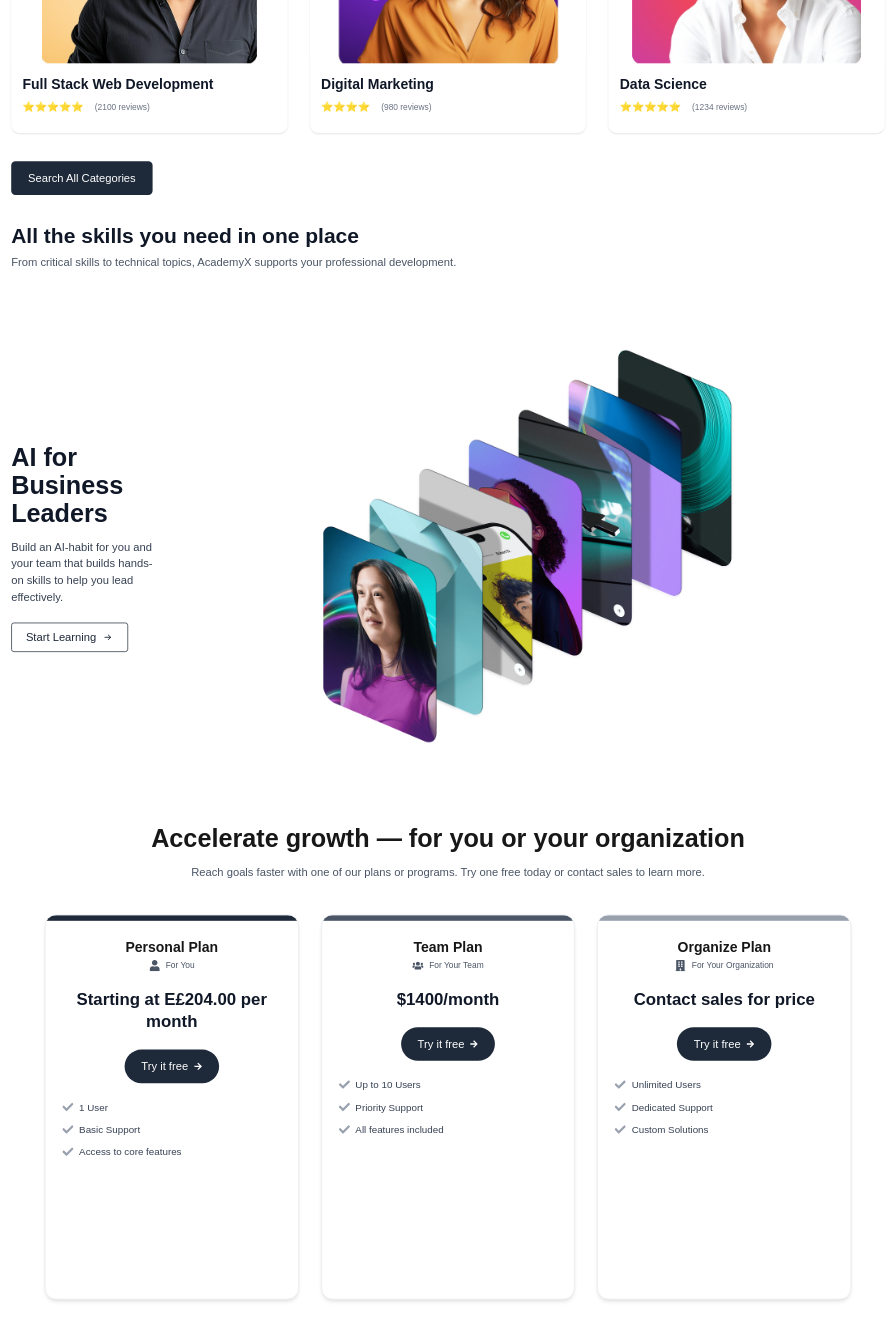
Repository: MohamedSalah54/full-stack-e-learning
Page: / (app in frontend/)
These files come from the project's save history. The page is drawn as it stood at one moment and after a run of saves; the edit follows.
The browser window is 1280 px wide. The pictures show the part of the page from y = 979 to 2899 px (the page is 2899 px tall), at 70% of full size.
The project was rebuilt for these pictures with package versions that can differ from the ones it lists, and the page was loaded fresh each time. The framework's server and built-in components were replaced by stand-ins that run in the browser. Also part of the build but not shown: frontend/next.config.ts.

Above is the page before, as saved 2025-06-16 14:11:39.

### frontend/src/app/layout.tsx
import type { Metadata } from "next";
import { Geist, Geist_Mono } from "next/font/google";
import "./globals.css";
import { Providers } from "@/app/providers";
import Navbar from "@/components/Navbar";

const geistSans = Geist({
  variable: "--font-geist-sans",
  subsets: ["latin"],
});

const geistMono = Geist_Mono({
  variable: "--font-geist-mono",
  subsets: ["latin"],
});

export const metadata: Metadata = {
  title: "Create Next App",
  description: "Generated by create next app",
};

export default function RootLayout({
  children,
}: Readonly<{
  children: React.ReactNode;
}>) {
  return (
    <html lang="en">
      <body
        className={`${geistSans.variable} ${geistMono.variable} antialiased`}
      >
        <Navbar/>
        <Providers>{children}</Providers>

      </body>
    </html>
  );
}

### frontend/src/app/page.tsx
import HeroBannerFixed from "@/components/home/HeroBannerFixed"
import HeroBannerSlider from "@/components/home/HeroBannerSlider"
import HeroCategories from "@/components/home/HeroCategories"
import HeroPlans from "@/components/home/HeroPlans"

const Home = () => {
  return (
    <main className="flex flex-col items-center justify-center">
        <HeroBannerSlider/>
        <HeroCategories/>
        <HeroBannerFixed/>
        <HeroPlans/>
    </main>
  )
}

export default Home

### frontend/src/app/providers.jsx
'use client';

import { Provider } from 'react-redux';
import { store } from '@/redux/store/store';
export function Providers({ children }) {
  return <Provider store={store}>{children}</Provider>;
}

### frontend/src/components/Navbar.tsx
'use client';

import { useState } from 'react';
import { FaShoppingCart, FaBars, FaTimes, FaSearch } from 'react-icons/fa';
import { IoMdGlobe } from 'react-icons/io';
import { useRouter } from 'next/navigation';

export default function Navbar() {
  const [isSidebarOpen, setIsSidebarOpen] = useState(false);
  const router = useRouter();
  const [isSearchOpen, setIsSearchOpen] = useState(false);


  return (
    <>
      {/* Navbar */}
      <nav className="bg-white shadow-sm border-b border-gray-200 py-3 px-4 sm:px-6">
        <div className="max-w-7xl mx-auto flex items-center justify-between">
          {/* Left - Hamburger + Logo */}
          <div className="flex items-center space-x-2">
            {/* Hamburger Icon - Visible on mobile only */}
            <button
              className="block md:hidden text-xl text-gray-800"
              onClick={() => setIsSidebarOpen(true)}
            >
              <FaBars />
            </button>

            {/* Logo */}
            <div
              className="flex items-center cursor-pointer"
              onClick={() => router.push('/')}
            >
              <div className="relative h-10 w-10">
                <img
                  src="/logo.png"
                  alt="Logo"
                  className="h-full w-full object-contain block"
                />
              </div>
              <span className="text-2xl font-bold text-gray-800 leading-none ml-1">
                cademyX
              </span>
            </div>
          </div>

          {/* Middle - Search (hidden on small screens) */}
          <div className="hidden md:flex flex-1 max-w-md mx-4">
            <input
              type="text"
              placeholder="Search courses..."
              className="w-full border border-gray-300 rounded-md px-4 py-2 focus:outline-none focus:ring-1 focus:ring-gray-800"
            />
          </div>

          {/* Right - Search & Cart (Always Visible) */}
          <div className="flex items-center space-x-3 ml-auto">
            <button
              className="hidden md:block px-4 py-1 border border-gray-800 text-gray-800 rounded-md hover:bg-gray-100 transition"
              onClick={() => router.push('/auth/login')}
            >
              Login
            </button>
            <button
              className="hidden md:block px-4 py-1 bg-gray-800 text-white rounded-md hover:bg-gray-700 transition"
              onClick={() => router.push('/auth/register')}
            >
              Sign Up
            </button>

            <IoMdGlobe className="hidden md:block text-gray-800 text-xl cursor-pointer hover:scale-110 transition" />

            <FaShoppingCart className="text-gray-800 text-xl cursor-pointer hover:scale-110 transition" />

            <FaSearch
              className="md:hidden text-gray-800 text-xl cursor-pointer hover:scale-110 transition"
              onClick={() => setIsSearchOpen(true)}
            />
          </div>


        </div>
      </nav>

      {isSearchOpen && (
        <div className="fixed inset-0 z-50 bg-white flex flex-col items-center justify-start px-4 pt-10">
          <div className="w-full max-w-2xl flex items-center gap-3 border-b border-gray-300 pb-2">
            <FaSearch className="text-gray-800 text-2xl" />

            {/* Search Input */}
            <input
              type="text"
              placeholder="Search courses..."
              autoFocus
              className="w-full text-lg focus:outline-none"
            />

            <FaTimes
              className="text-gray-800 text-2xl cursor-pointer"
              onClick={() => setIsSearchOpen(false)}
            />
          </div>
        </div>
      )}



      {/* Sidebar (Mobile) */}
      <div
        className={`fixed top-0 left-0 h-full w-64 bg-white shadow-lg z-50 transform transition-transform duration-300 ${isSidebarOpen ? 'translate-x-0' : '-translate-x-full'
          }`}
      >
        {/* Close Button */}
        <div className="flex justify-between items-center px-4 py-3 border-b">
          <h2 className="text-lg font-semibold">Menu</h2>
          <button
            onClick={() => setIsSidebarOpen(false)}
            className="text-xl text-gray-600"
          >
            <FaTimes />
          </button>
        </div>

        {/* Sidebar Links */}
        <div className="p-4 space-y-4">
          <button
            onClick={() => {
              router.push('/auth/login');
              setIsSidebarOpen(false);
            }}
            className="w-full text-left text-gray-800 hover:text-gray-600"
          >
            Login
          </button>
          <button
            onClick={() => {
              router.push('/auth/register');
              setIsSidebarOpen(false);
            }}
            className="w-full text-left text-gray-800 hover:text-gray-600"
          >
            Sign Up
          </button>
          <div className="border-t pt-4">
            <p className="text-gray-500 text-sm font-medium mb-2">Categories</p>
            <ul className="space-y-2">
              <li className="cursor-pointer hover:text-gray-600">Web Development</li>
              <li className="cursor-pointer hover:text-gray-600">Design</li>
              <li className="cursor-pointer hover:text-gray-600">Marketing</li>
            </ul>
          </div>
        </div>
      </div>

      {/* Overlay */}
      {isSidebarOpen && (
        <div
          className="fixed inset-0 bg-black/40 z-40"
          onClick={() => setIsSidebarOpen(false)}
        ></div>
      )}
    </>
  );
}

### frontend/src/components/home/HeroBannerFixed.tsx
// components/HeroBannerFixed.tsx
'use client';

import { HiOutlineArrowSmRight } from "react-icons/hi";

const HeroBannerFixed = () => {
    return (
        <section className="w-full bg-white py-10">
            <div className="max-w-7xl mx-auto px-4 flex flex-col-reverse md:flex-row items-center justify-between gap-10">
                {/* Text content on the left */}
                <div className="w-full md:w-1/2 text-left">
                    <h1 className="text-2xl sm:text-3xl md:text-4xl font-bold text-gray-900 mb-4">
                        AI for Business Leaders
                    </h1>
                    <span className="block text-gray-700 text-base mb-6">
                        Build an AI-habit for you and your team that builds hands-on skills to help you lead effectively.

                    </span>
                    <button className="px-5 py-2 bg-white text-gray-800 border border-gray-800 rounded hover:bg-gray-200 transition flex items-center gap-2 cursor-pointer">
                        Start Learning <HiOutlineArrowSmRight />
                    </button>

                </div>

                {/* Image on the right */}
                <div className="w-full flex justify-end">
                    <div className="w-full md:w-[500px] lg:w-[1000px] ml-auto">
                        <img
                            src="/hero-fixed.png"
                            alt="Hero"
                            className="w-full h-auto rounded-md object-contain"
                        />
                    </div>
                </div>
            </div>
        </section>
    );
};

export default HeroBannerFixed;

### frontend/src/components/home/HeroBannerSlider.tsx
"use client";

import React, { useState } from "react";
import { FaArrowLeft, FaArrowRight } from "react-icons/fa";
import { heroSlides } from "@/constants";

const slides = heroSlides;

const HeroBannerSlider = () => {
  const [current, setCurrent] = useState(0);

  const nextSlide = () => {
    setCurrent((prev) => (prev + 1) % slides.length);
  };

  const prevSlide = () => {
    setCurrent((prev) => (prev - 1 + slides.length) % slides.length);
  };

  return (
    <>
      {/* Slider Section */}
      <section className="w-full relative bg-white overflow-hidden">
        {/* Wrapper for center and padding on large screens */}
        <div className="w-full max-w-screen-xl mx-auto relative h-[300px] sm:h-[400px] md:h-[500px]">
          {slides.map((slide, index) => (
            <img
              key={index}
              src={slide.image}
              alt="Hero"
              className={`absolute top-0 left-0 w-full h-full object-cover object-[60%] transition-opacity duration-700 ${
                index === current ? "opacity-100 z-10" : "opacity-0 z-0"
              }`}
            />
          ))}

          {/* Arrows */}
          <button
            onClick={prevSlide}
            className="absolute top-1/2 left-4 transform -translate-y-1/2 bg-white text-black p-2 rounded-full shadow hover:bg-gray-200 z-40"
          >
            <FaArrowLeft />
          </button>
          <button
            onClick={nextSlide}
            className="absolute top-1/2 right-4 transform -translate-y-1/2 bg-white text-black p-2 rounded-full shadow hover:bg-gray-200 z-40"
          >
            <FaArrowRight />
          </button>

          {/* Text Box for Large Screens */}
          <div className="hidden md:block absolute top-1/2 left-[170px] transform -translate-y-1/2 z-30">
            <div className="bg-white/90 p-5 rounded-md max-w-sm shadow-md">
              <h1 className="text-2xl lg:text-3xl font-bold text-gray-900 mb-2">
                {slides[current].title}
              </h1>
              <p className="text-gray-700 text-base">{slides[current].description}</p>
            </div>
          </div>
        </div>
      </section>

      {/* Text Below Image for Small Screens */}
      <div className="block md:hidden w-full bg-white pt-6 px-4">
        <div className="bg-white p-0 shadow-none rounded-none">
          <h1 className="text-xl font-bold text-gray-900 mb-2">{slides[current].title}</h1>
          <p className="text-gray-700 text-sm">{slides[current].description}</p>
        </div>
      </div>

      {/* Section Below */}
      <div className="w-full text-left py-10 bg-white px-4 sm:px-10 md:px-32">
        <h1 className="text-2xl sm:text-3xl font-bold text-gray-900 mb-4">
          Ready to reimagine your career?
        </h1>
        <p className="text-base sm:text-lg text-gray-700 max-w-xl">
          Get the skills and real-world experience employers want with Career Accelerators.
        </p>
      </div>
    </>
  );
};

export default HeroBannerSlider;

### frontend/src/components/home/HeroCategories.tsx
import { heroCategories } from "@/constants";

const HeroCategories = () => {
    const categories = heroCategories
    return (
       <section className="w-full py-16 px-4 bg-white">
  {/* Cards */}
  <div className="max-w-7xl mx-auto grid grid-cols-1 sm:grid-cols-2 lg:grid-cols-3 gap-8">
    {categories.map((cat, index) => (
      <div
        key={index}
        className="bg-white rounded-xl overflow-hidden shadow transition min-h-[350px] hover:bg-gray-100 cursor-pointer"
      >
        <img
          src={cat.image}
          alt={cat.title}
          className="w-full h-[250px] object-contain bg-white"
        />
        <div className="p-4">
          <h3 className="text-xl font-semibold text-gray-900 mb-2">{cat.title}</h3>
          <p className="text-sm text-gray-600 flex items-center gap-2">
            {"⭐".repeat(Math.round(cat.rating))}
            <span className="text-xs text-gray-500 ml-2">
              ({cat.reviews} reviews)
            </span>
          </p>
        </div>
      </div>
    ))}
  </div>

  {/* Search button */}
  <div className="flex justify-start mt-10 max-w-7xl mx-auto">
    <button className="bg-gray-800 text-white px-6 py-3 rounded-md hover:bg-gray-700 transition cursor-pointer">
      Search All Categories
    </button>
  </div>

  {/* Heading + Span */}
  <div className="text-left mt-10 max-w-7xl mx-auto">
    <h1 className="text-3xl font-bold text-gray-900 mb-2">
      All the skills you need in one place
    </h1>
    <span className="text-gray-600 text-base">
      From critical skills to technical topics, AcademyX supports your professional development.
    </span>
  </div>
</section>

    );
};

export default HeroCategories;

### frontend/src/components/home/HeroPlans.tsx
import { heroPlans } from "@/constants";
import { FaCheck, FaArrowRight } from "react-icons/fa";

export default function HeroPlans() {
    return (
        <section className="w-full bg-white py-16 px-4">
            <div className="max-w-6xl mx-auto">
                <h1 className="text-4xl font-bold mb-4 text-center">Accelerate growth — for you or your organization</h1>
                <span className="text-gray-600 mb-12 block text-center">
                    Reach goals faster with one of our plans or programs. Try one free today or contact sales to learn more.
                </span>

                <div className="grid md:grid-cols-3 gap-8">
                    {heroPlans.map((plan, index) => {
                        const Icon = plan.icon;
                        return (
                            <div
                                key={index}
                                className="rounded-2xl shadow-md border border-gray-200 overflow-hidden hover:shadow-xl transition duration-300 flex flex-col min-h-[550px]"
                            >
                                {/* Top Border */}
                                <div className={`h-2 ${plan.color}`}></div>

                                <div className="p-6 flex flex-col flex-grow">
                                    {/* Title Section */}
                                    <div className="mb-6 text-center">
                                        <h2 className="text-xl font-bold mb-1">{plan.name}</h2>
                                        <div className="flex justify-center items-center gap-2 text-xs text-gray-600">
                                            <Icon className="w-4 h-4" />
                                            <span className="capitalize">{plan.type}</span>
                                        </div>
                                    </div>

                                    {/* Price */}
                                    <p className="text-2xl font-bold text-gray-900 text-center mb-6">
                                        {plan.price}
                                    </p>

                                    {/* Button */}
                                    <div className="flex justify-center mb-6">
                                        <button className="flex items-center gap-2 bg-gray-800 text-white px-6 py-3 rounded-full hover:bg-gray-700 transition">
                                            Try it free
                                            <FaArrowRight className="w-3 h-3" />
                                        </button>
                                    </div>

                                    {/* Features */}
                                    <ul className="text-sm text-gray-700 space-y-3">
                                        {plan.features.map((feature, idx) => (
                                            <li key={idx} className="flex items-center gap-2">
                                                <FaCheck className="text-gray-400 w-4 h-4" />
                                                {feature}
                                            </li>
                                        ))}
                                    </ul>

                                    {/* Spacer to push features down */}
                                    <div className="flex-grow" />
                                </div>
                            </div>
                        );
                    })}
                </div>
            </div>
        </section>
    );
}

### frontend/src/constants/index.ts
//Home Page
import { FaUser, FaUsers, FaBuilding } from "react-icons/fa";

export const heroSlides = [
    {
        image: "/banner1.jpg",
        title: "Skills that drive you forward",
        description: "Technology and the world of work change fast — with us, you’re faster. Get the skills to achieve goals and stay competitive.",
    },
    {
        image: "/banner2.jpg",
        title: "Learning that gets you",
        description: "Skills for your present (and your future). Get started with us.",
    },
];

export const heroCategories = [
    {
        title: "Full Stack Web Development",
        image: "/full-stack.jpg",
        rating: 5.0,
        reviews: 2100,
    },
    {
        title: "Digital Marketing",
        image: "/digital-marketing.jpg",
        rating: 4.0,
        reviews: 980,
    },
    {
        title: "Data Science",
        image: "/data-science.jpg",
        rating: 4.5,
        reviews: 1234,
    },
];


export const heroPlans = [
  {
    name: "Personal Plan",
    icon: FaUser,
    type: "For you",
    price: "Starting at E£204.00 per month",
    features: ["1 User", "Basic Support", "Access to core features"],
    color: "bg-gray-800", // ← لون الحافة العلوية
  },
  {
    name: "Team Plan",
    icon: FaUsers,
    type: "For your team",
    price: "$1400/month",
    features: ["Up to 10 Users", "Priority Support", "All features included"],
    color: "bg-gray-600",
  },
  {
    name: "Organize Plan",
    icon: FaBuilding,
    type: "For your organization",
    price: "Contact sales for price",
    features: ["Unlimited Users", "Dedicated Support", "Custom Solutions"],
    color: "bg-gray-400",
  },
];

Loaded but not shown: frontend/src/app/globals.css (common file); frontend/src/redux/store/store.ts (common file)

After the next 2 saves:
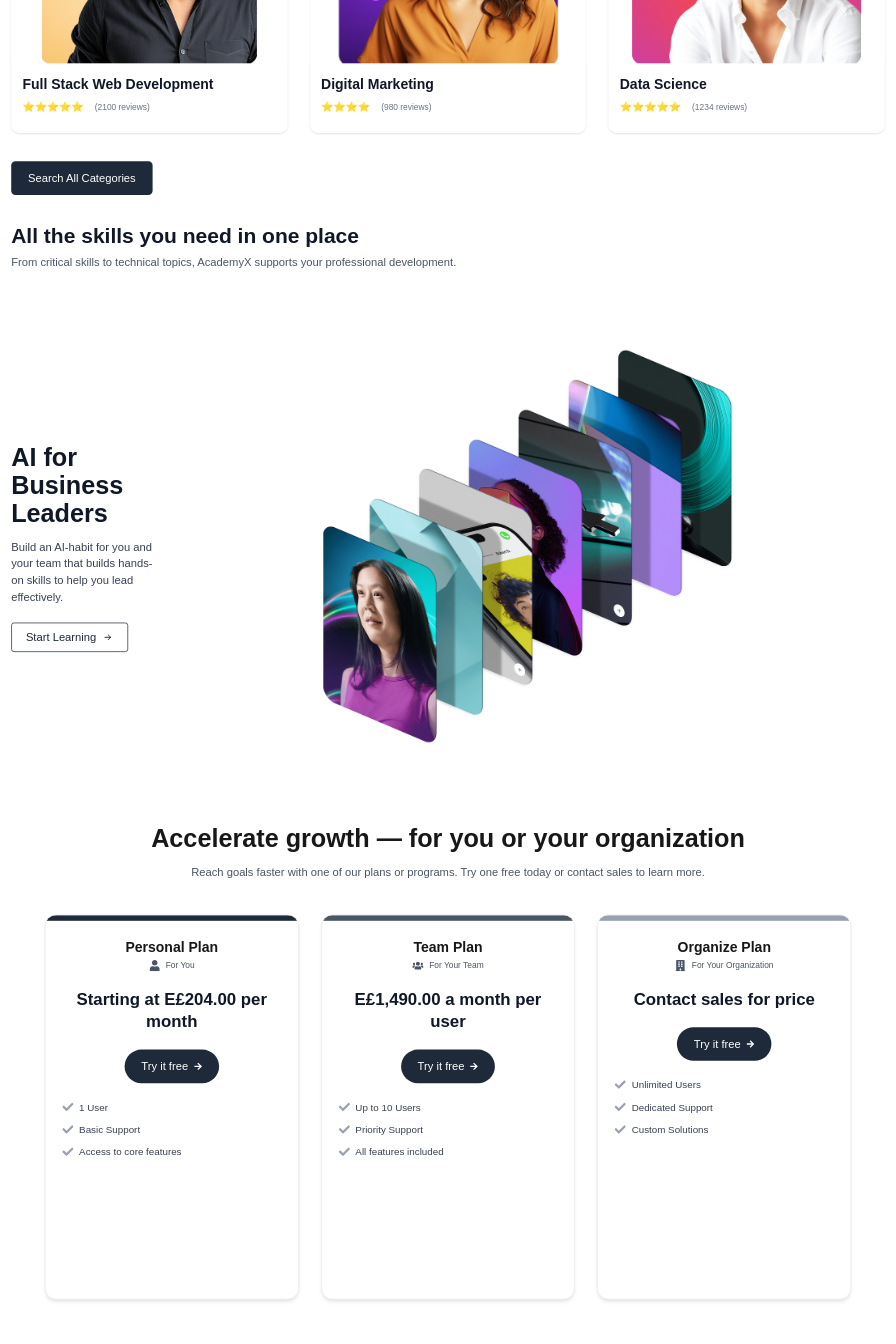
The 2 saves are shown as one change because 1 did not build or start.
The last was saved 26 s later.
--- a/frontend/src/constants/index.ts
+++ b/frontend/src/constants/index.ts
@@ -49,7 +49,7 @@
     name: "Team Plan",
     icon: FaUsers,
     type: "For your team",
-    price: "$1400/month",
+    price: "E£1,490.00 a month per user",
     features: ["Up to 10 Users", "Priority Support", "All features included"],
     color: "bg-gray-600",
   },
